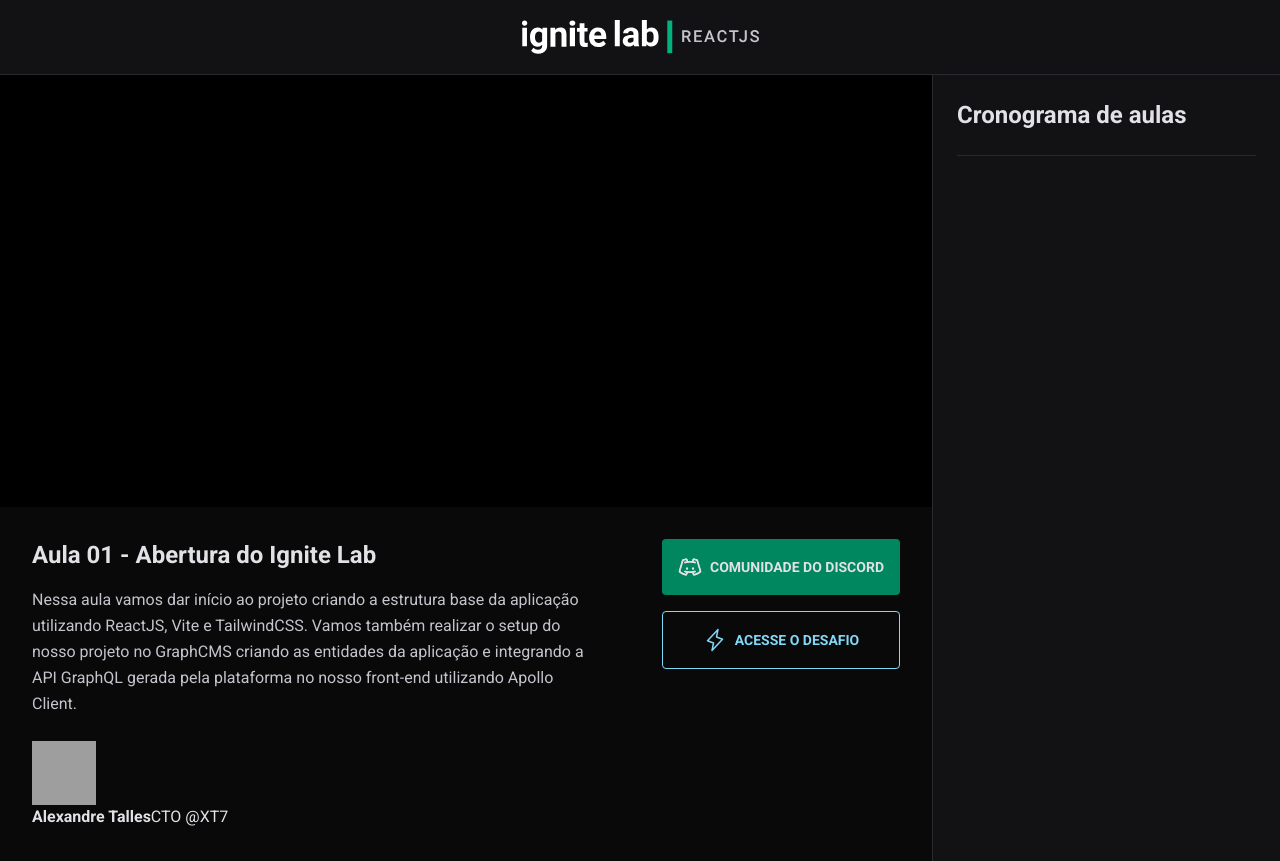
Repository: XFERRER7/Ignite-lab
Page: /
An editor plug-in stored every save of this project. The page is shown before and after the next save, followed by the edit.
The browser window is 1280 px wide. The pictures show the whole page.
Pictures or frames that could not be fetched are drawn as grey boxes. The page's requests for data from a server got no answer. The project was rebuilt for these pictures with package versions that can differ from the ones it lists, and the page was loaded fresh each time. No one was signed in, and anything a server would have sent is missing. Also part of the build but not shown: vite.config.ts, src/components/Lesson.tsx.

Above is the page before, as saved 2022-06-26 02:02:55.

### index.html
<!DOCTYPE html>
<html>
  <head>
    <meta charset="UTF-8" />
    <link rel="icon" type="image/svg+xml" href="/src/favicon.svg" />
    <meta name="viewport" content="width=device-width, initial-scale=1.0" />
    <title>Event Platform</title>
    <link rel="preconnect" href="https://fonts.googleapis.com">
<link rel="preconnect" href="https://fonts.gstatic.com" crossorigin>
<link href="https://fonts.googleapis.com/css2?family=Roboto:wght@400;500;700&display=swap" rel="stylesheet">
  </head>
  <body>
    <div id="root"></div>
    <script type="module" src="/src/main.tsx"></script>
  </body>
</html>

### src/main.tsx
import { ApolloProvider } from '@apollo/client'
import React from 'react'
import ReactDOM from 'react-dom/client'
import App from './App'
import { client } from './lib/apollo'
import './styles/Global.css'

ReactDOM.createRoot(document.getElementById('root')!).render(
  <React.StrictMode>
    <ApolloProvider client={client}>
    <App />
    </ApolloProvider>
  </React.StrictMode>
)

### src/App.tsx
import { Header } from "./components/Header"
import { Lesson } from "./components/Lesson"
import { SideBar } from "./components/SideBar"
import { Video } from "./components/Video"
import { Event } from "./pages/Event"

function App() {

  return (
    <div>
      <Event/>
    </div>
  )
}

export default App

### src/lib/apollo.ts
import { ApolloClient, InMemoryCache } from "@apollo/client";

export const client = new ApolloClient({
  uri: 'https://api-sa-east-1.graphcms.com/v2/cl4oe0npq21lo01xi4o5e7kb5/master',
  cache: new InMemoryCache()
})

### src/styles/Global.css
@tailwind base;
@tailwind components;
@tailwind utilities;

body {
  @apply text-gray-100 bg-gray-900;
  -webkit-font-smoothing: antialiased;
}

### src/pages/Event.tsx
import React from 'react'
import { Header } from '../components/Header'
import { SideBar } from '../components/SideBar'
import { Video } from '../components/Video'

export const Event = () => {
  return (
    <>
    <div className='flex flex-col min-h-screen'>
      <Header/>
      <main className='flex flex-1'>
      <Video/>
      <SideBar/>
      </main>
    </div>

    </>
  )
}

### src/components/Header.tsx
import React from 'react'
import { Logo } from './Logo'

export const Header = () => {
  return (
    <header className='w-full py-5 flex items-center justify-center bg-gray-700 border-b border-gray-600'>
      <Logo/>
    </header>
  )
}

### src/components/SideBar.tsx
import { gql, useQuery } from '@apollo/client'
import React from 'react'
import { Lesson } from './Lesson'


const GET_LESSONS_QUERY = gql`
  query {
    lessons(orderBy: availableAt_ASC, stage: PUBLISHED) {
      id
      slug
      title
      availableAt
      lessonType
    }
}

`

interface GetLessonsQueryResponse {
  lessons: {
    id: string
    slug:string
    title:string
    availableAt:string
    lessonType: 'live' | 'class'
  }[]
}


export const SideBar = () => {

  const {data} = useQuery<GetLessonsQueryResponse>(GET_LESSONS_QUERY)

  return (
    <aside className='w-[348px] bg-gray-700 p-6 border-l border-gray-600'>
      <span className='font-bold text-2xl pb-6 mb-6 border-b border-gray-600 block'>Cronograma de aulas</span>

      <div className='flex flex-col gap-8'>
        {
          data?.lessons.map(lesson => {
            return (
              <Lesson
              title={lesson.title}
              slug={lesson.slug}
              avaliableAt={new Date(lesson.availableAt)}
              type={lesson.lessonType}/>
            )
          })
        }

      </div>
    </aside>
  )
}

### src/components/Video.tsx
import { DiscordLogo, Lightning } from 'phosphor-react'
import React from 'react'

export const Video = () => {
  return (
    <div className="flex-1">
      <div className="bg-black flex justify-center">
        <div className='h-full w-full max-w-[1100px] max-h-[60vh] aspect-video'></div>
      </div>

      <div className='p-8 max-w-[1100px] mx-auto'>

        <div className='flex items-start gap-16'>
          <div className='flex-1'>
            <h1 className='text-2xl font-bold'>Aula 01 - Abertura do Ignite Lab</h1>
            <p className='mt-4 text-gray-200 leading-relaxed'>
              Nessa aula vamos dar início ao projeto criando a estrutura base da aplicação
              utilizando ReactJS, Vite e TailwindCSS. Vamos também realizar o setup do nosso
              projeto no GraphCMS criando as entidades da aplicação e integrando a API GraphQL
              gerada pela plataforma no nosso front-end utilizando Apollo Client.
            </p>
            <div className='flex items-center gap-4 mt-6'>
              <img
              src="https://avatars.githubusercontent.com/u/83144784?v=4"
              alt="perfil professor"
              className='h-16 w-16 roude'
              />
            </div>
            <div>
              <strong>Alexandre Talles</strong>
              <span>CTO @XT7</span>
            </div>
          </div>
          <div className='flex flex-col gap-4 '>
            <a href=""
            className='p-4 text-sm bg-green-500 flex items-center rounded font-bold uppercase
            gap-2 justify-center hover:bg-green-700 transition-colors'>
              <DiscordLogo size={24}/>
              Comunidade do discord
            </a>
            <a href="" className='p-4 text-sm border text-blue-500  border-blue-500 flex items-center rounded font-bold uppercase
            gap-2 justify-center hover:bg-blue-500 hover:text-gray-500 transition-colors'>
              <Lightning size={24}/>
              Acesse o desafio
            </a>
          </div>
        </div>

        <div>

        </div>

      </div>

    </div>
  )

}

### src/components/Logo.tsx
import React from "react";

export function Logo() {
  return (
    <svg
      xmlns="http://www.w3.org/2000/svg"
      width="237"
      height="34"
      fill="none"
      viewBox="0 0 237 34"
    >
      <path
        fill="#fff"
        d="M.002 3.112a2.49 2.49 0 01.165-.987c.12-.314.304-.595.535-.83A2.906 2.906 0 012.615.572c.698 0 1.374.257 1.912.723.23.24.412.524.536.837a2.701 2.701 0 010 1.979 2.568 2.568 0 01-.536.837 2.889 2.889 0 01-1.907.723 2.901 2.901 0 01-1.908-.723 2.458 2.458 0 01-.538-.84 2.645 2.645 0 01-.172-.996zm4.96 23.146H.273V7.862h4.689v18.397zM8.012 16.973c0-2.853.686-5.145 2.055-6.883a6.653 6.653 0 015.528-2.606 5.869 5.869 0 014.802 2.09l.2-1.751h4.538v17.95a7.891 7.891 0 01-1.12 4.246 7.243 7.243 0 01-3.147 2.752 11.155 11.155 0 01-4.742.94c-1.378 0-2.74-.279-4.008-.812a7.08 7.08 0 01-2.946-2.11l2.208-3.02a5.905 5.905 0 004.543 2.08 4.356 4.356 0 003.104-1.059 3.938 3.938 0 001.103-2.993v-.994a5.775 5.775 0 01-4.555 1.935 6.647 6.647 0 01-3.05-.652 6.615 6.615 0 01-2.408-1.967c-1.397-1.752-2.085-4.089-2.085-6.942v-.21h-.025l.005.006zm4.997.355a6.723 6.723 0 001.026 3.956 3.233 3.233 0 002.799 1.443c.651.045 1.3-.088 1.878-.39a3.52 3.52 0 001.396-1.305v-7.825a3.448 3.448 0 00-1.374-1.305 3.504 3.504 0 00-1.86-.39 3.28 3.28 0 00-1.61.365 3.22 3.22 0 00-1.219 1.103c-.688.975-1.036 2.418-1.036 4.348zM33.098 7.833l.158 2.196a6.527 6.527 0 012.371-1.927 6.38 6.38 0 012.971-.62c1.97 0 3.438.597 4.39 1.79.953 1.194 1.456 2.936 1.486 5.293v12.249h-4.962V14.683a3.367 3.367 0 00-.684-2.344 3.086 3.086 0 00-1.069-.598 3.008 3.008 0 00-1.211-.13 3.349 3.349 0 00-1.821.454c-.553.32-1.01.794-1.313 1.367v13.37H28.45V7.845l4.647-.012zM47.512 3.112a2.304 2.304 0 01.185-.988 2.42 2.42 0 01.59-.831A3.439 3.439 0 0150.404.57c.772 0 1.52.256 2.117.723.508.486.792 1.142.792 1.826 0 .683-.284 1.34-.792 1.826a3.417 3.417 0 01-2.11.723c-.77 0-1.517-.257-2.11-.723a2.47 2.47 0 01-.594-.839 2.342 2.342 0 01-.19-.994h-.005zm5.483 23.149h-5.18V7.86h5.18v18.4zM62.454 3.334v4.612h3.107v3.677h-3.107v9.382c-.05.53.091 1.063.395 1.495a1.824 1.824 0 001.473.45c.476.002.95-.035 1.421-.114v3.803a9.672 9.672 0 01-2.939.449c-3.398 0-5.128-1.775-5.19-5.32V11.644h-2.642V7.968h2.643V3.356h4.841v-.025l-.002.003zM76.487 27.08a9.277 9.277 0 01-6.759-2.55c-1.74-1.699-2.605-3.957-2.605-6.797v-.494a11.295 11.295 0 011.098-5.08 8.141 8.141 0 013.111-3.465 8.72 8.72 0 014.59-1.22c2.577 0 4.62.815 6.098 2.449 1.478 1.633 2.226 3.94 2.226 6.929v2.055h-12.01a4.665 4.665 0 001.473 2.971 4.487 4.487 0 003.111 1.111 5.426 5.426 0 004.548-2.115l2.476 2.781a7.506 7.506 0 01-3.07 2.507 9.81 9.81 0 01-4.287.916v.002zm-.594-15.514a3.127 3.127 0 00-2.428 1.012 5.405 5.405 0 00-1.188 2.912h7.006v-.405a3.749 3.749 0 00-.908-2.608 3.252 3.252 0 00-2.45-.908h-.03l-.002-.003zM97.771 26.259h-4.957V0h4.957V26.26zM112.209 26.259c-.227-.444-.392-.997-.496-1.659-1.196 1.333-2.751 2.002-4.666 2.002-1.811 0-3.314-.523-4.504-1.572-1.191-1.049-1.786-2.372-1.786-3.966 0-1.96.725-3.464 2.179-4.513 1.453-1.049 3.553-1.58 6.3-1.59h2.273v-1.06c0-.854-.22-1.54-.659-2.051-.44-.513-1.131-.77-2.078-.77-.832 0-1.486.2-1.957.6-.474.4-.708.945-.708 1.64h-4.941c0-1.07.331-2.062.992-2.973.662-.91 1.597-1.626 2.804-2.144 1.206-.518 2.564-.778 4.069-.778 2.28 0 4.089.573 5.429 1.718 1.34 1.145 2.009 2.756 2.009 4.83v8.017c.012 1.754.256 3.082.735 3.983v.29h-4.992l-.003-.004zm-4.086-3.435c.728 0 1.402-.163 2.016-.486.614-.326 1.071-.76 1.367-1.308v-3.181h-1.846c-2.472 0-3.79.854-3.948 2.564l-.017.291c0 .614.217 1.123.649 1.523.434.4 1.026.6 1.779.6v-.003zM136.58 17.183c0 2.963-.632 5.273-1.898 6.931-1.265 1.659-3.032 2.488-5.3 2.488-2.006 0-3.608-.77-4.805-2.308l-.222 1.967h-4.444V.001h4.94v9.418c1.14-1.332 2.638-2 4.496-2 2.256 0 4.025.828 5.308 2.487 1.283 1.658 1.923 3.992 1.923 7v.274l.002.003zm-4.94-.358c0-1.868-.296-3.233-.889-4.094-.592-.861-1.475-1.29-2.65-1.29-1.572 0-2.655.643-3.247 1.932v7.299c.604 1.298 1.697 1.95 3.282 1.95 1.584 0 2.643-.788 3.146-2.36.239-.752.358-1.897.358-3.437z"
      ></path>
      <path
        fill="#C4C4CC"
        d="M164.51 17.501h-2.283v4.53h-2.048v-11.78h4.143c1.36 0 2.408.306 3.149.915.74.61 1.108 1.493 1.108 2.648 0 .787-.19 1.449-.57 1.98-.38.532-.911.94-1.59 1.226l2.646 4.906v.106h-2.194l-2.364-4.531h.003zm-2.283-1.65h2.105c.691 0 1.229-.176 1.619-.524.39-.348.582-.824.582-1.429 0-.604-.18-1.12-.538-1.466-.358-.345-.893-.523-1.606-.533h-2.162V15.85zM179.066 16.773h-4.839v3.625h5.656v1.634h-7.704V10.25h7.648v1.65h-5.6v3.253h4.839v1.62zM189.803 19.29h-4.565l-.955 2.744h-2.127l4.452-11.783h1.836l4.459 11.783h-2.137l-.963-2.744zm-3.99-1.65h3.415l-1.707-4.89-1.708 4.89zM204.716 18.197c-.119 1.256-.583 2.238-1.392 2.941-.81.703-1.885 1.056-3.228 1.056-.938 0-1.764-.222-2.48-.668-.715-.445-1.266-1.079-1.656-1.898-.387-.82-.589-1.772-.607-2.858v-1.1c0-1.11.198-2.09.59-2.937.392-.846.96-1.5 1.695-1.96.736-.458 1.587-.688 2.554-.688 1.301 0 2.347.353 3.139 1.057.792.703 1.254 1.7 1.385 2.99h-2.039c-.096-.846-.343-1.458-.74-1.833-.397-.375-.977-.563-1.745-.563-.89 0-1.574.326-2.05.977-.479.652-.721 1.605-.733 2.863v1.044c0 1.273.227 2.245.683 2.917.457.668 1.123 1.004 2.004 1.004.805 0 1.409-.18 1.814-.543.405-.363.661-.962.77-1.804h2.038l-.002.003zM216.481 11.902h-3.674v10.132h-2.031V11.902h-3.642V10.25h9.347v1.65zM222.759 10.251h2.039v8.262c0 1.127-.353 2.023-1.057 2.687-.703.664-1.633.995-2.788.995-1.229 0-2.179-.311-2.848-.93-.669-.62-1.004-1.484-1.004-2.59h2.038c0 .627.156 1.096.467 1.412.31.316.76.474 1.347.474.55 0 .989-.183 1.315-.545.326-.366.489-.867.489-1.51V10.25h.002zM234.952 18.999c0-.518-.183-.918-.545-1.197-.363-.279-1.022-.563-1.972-.849-.95-.286-1.705-.604-2.265-.955-1.074-.674-1.612-1.555-1.612-2.638 0-.95.388-1.732 1.163-2.347.774-.614 1.779-.922 3.015-.922.819 0 1.55.15 2.194.454a3.597 3.597 0 011.513 1.29c.367.558.55 1.177.55 1.858h-2.038c0-.614-.193-1.095-.578-1.443-.385-.348-.938-.524-1.656-.524-.668 0-1.189.144-1.557.43-.37.286-.555.686-.555 1.197 0 .432.2.792.6 1.08.399.29 1.056.57 1.974.842.918.271 1.653.582 2.208.93.556.348.963.748 1.222 1.197.259.452.387.977.387 1.582 0 .982-.375 1.762-1.127 2.342-.753.58-1.775.87-3.063.87a5.755 5.755 0 01-2.352-.473c-.715-.316-1.27-.75-1.668-1.308-.397-.555-.594-1.204-.594-1.942h2.048c0 .669.222 1.187.664 1.555.441.367 1.075.55 1.902.55.713 0 1.246-.143 1.607-.432.357-.288.538-.671.538-1.145l-.003-.002z"
      ></path>
      <path fill="#00B37E" d="M150.271 33.146h-4.958V.57h4.958v32.576z"></path>
    </svg>
  );
}

### tailwind.config.js
/** @type {import('tailwindcss').Config} */
module.exports = {
  content: [
    './src/**/*.tsx'
  ],
  theme: {
    extend: {
      fontFamily: {
        sans: 'Roboto, sans-serif'
      },
      colors: {
        green: {
          300: '#00B37E',
          500: '#00875F',
          700: '#015F43',
        },
        blue: {
          500: '#81D8F7',
        },
        orange: {
          500: '#FBA94C',
        },
        red: {
          500: '#F75A68',
        },
        gray: {
          100: '#E1E1E6',
          200: '#C4C4CC',
          300: '#8D8D99',
          500: '#323238',
          600: '#29292E',
          700: '#121214',
          900: '#09090A'
        }
      }
    },
  },
  plugins: [],
}

After the next save:
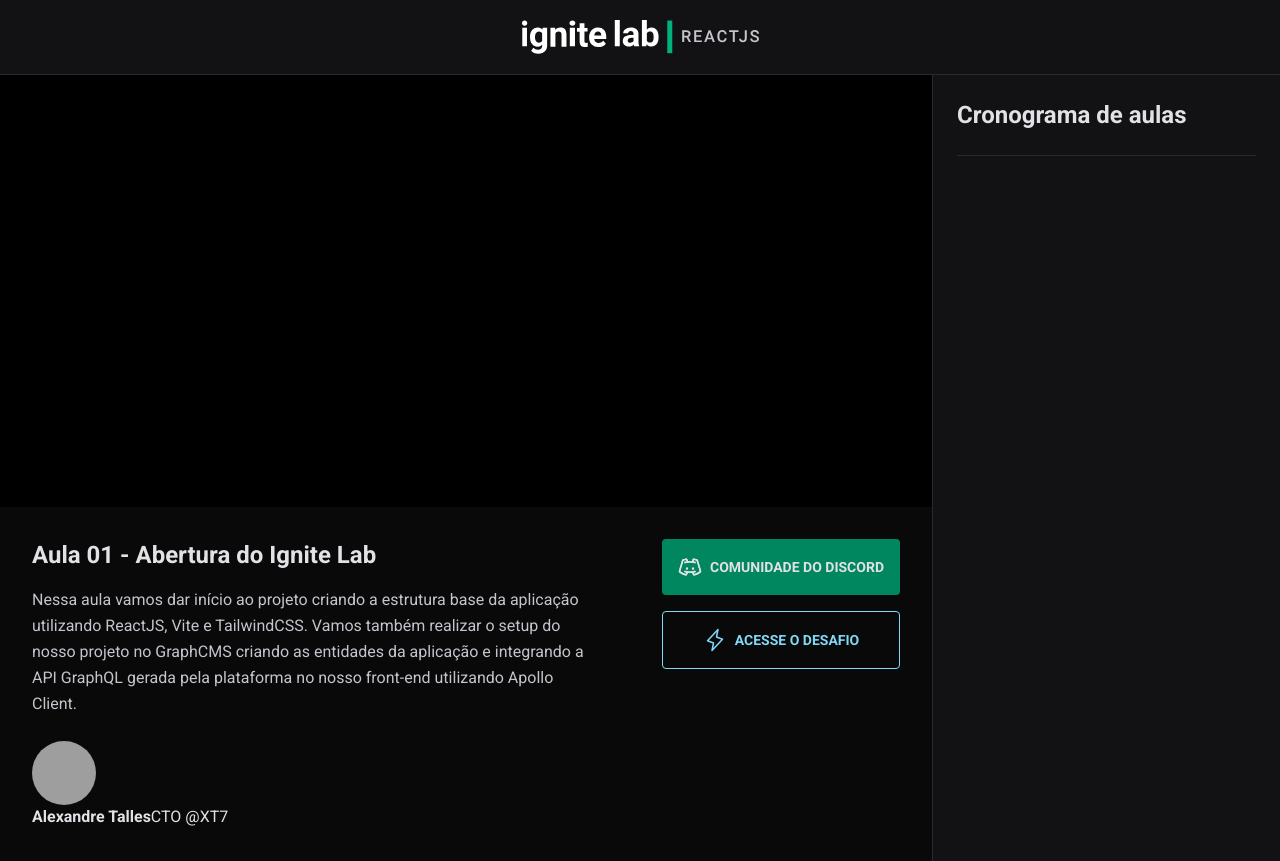
Saved 6 s later.
--- a/src/components/Video.tsx
+++ b/src/components/Video.tsx
@@ -23,7 +23,7 @@
               <img
               src="https://avatars.githubusercontent.com/u/83144784?v=4"
               alt="perfil professor"
-              className='h-16 w-16 roude'
+              className='h-16 w-16 rounded-full '
               />
             </div>
             <div>
